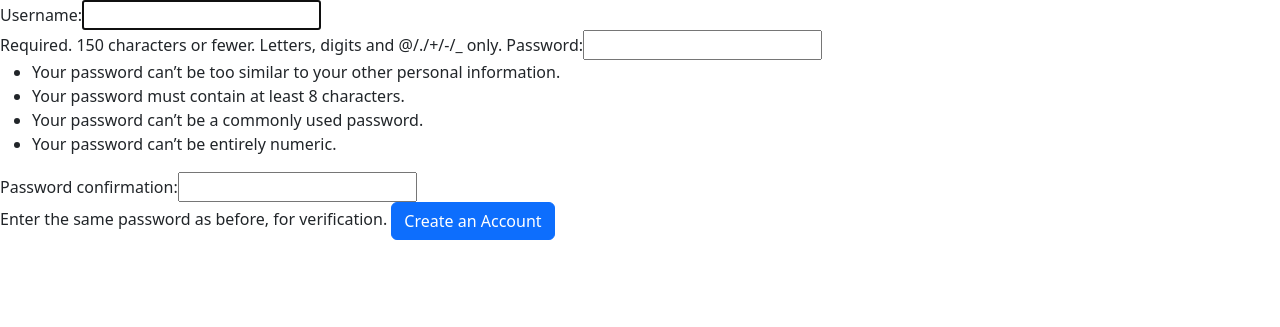
Repository: Ndifoinhilary/django_referrals_system
Page: http://localhost/signup/
These files come from the project's save history. The page is drawn as it stood at one moment and after the next save; the edit follows.
The browser window is 1280 px wide. The pictures show the whole page.
The page is served by the project's application, run on Django 3.2 (manage.py).

Above is the page before, as saved 2024-01-09 23:39:50.

After the next save:
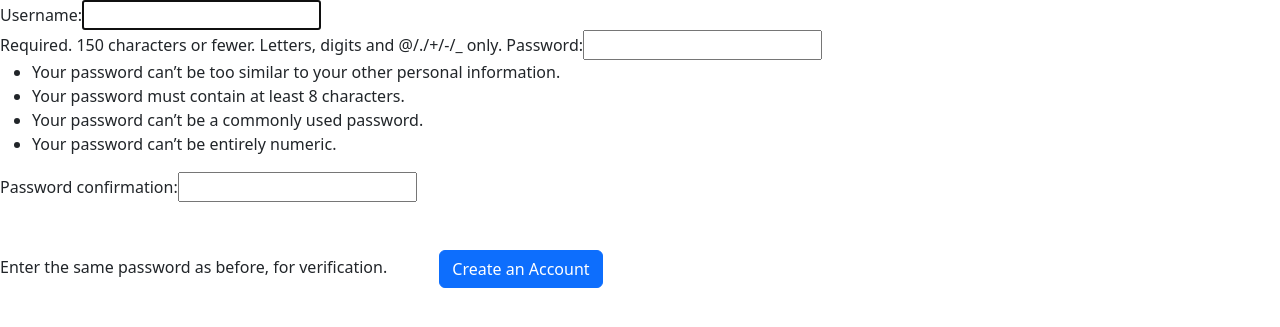
Saved 4 min 32 s later.
--- a/referrals/templates/signup.html
+++ b/referrals/templates/signup.html
@@ -7,7 +7,7 @@
   <form action="" method="post">
     {% csrf_token %}
     {{form}}
-    <button class="btn btn-primary"> Create an Account</button>
+    <button class="btn btn-primary m-5"> Create an Account</button>
 
   </form>
 {% endblock content %}

After the save that followed:
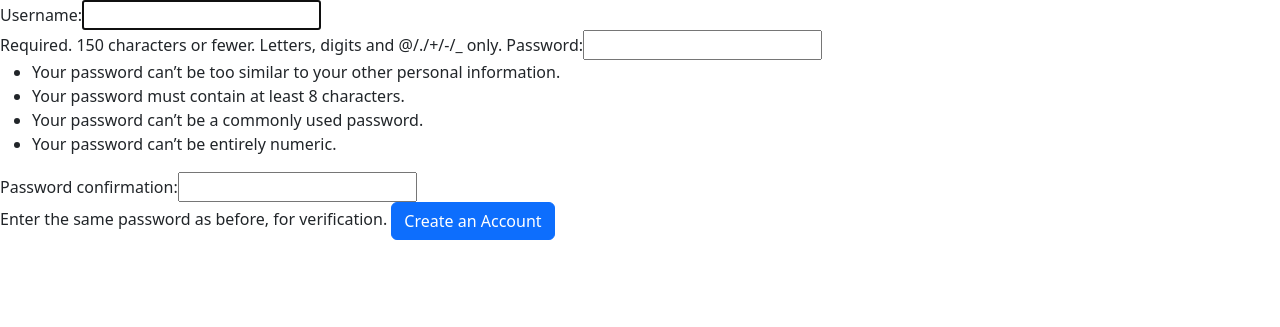
Saved 23 s later.
--- a/referrals/templates/signup.html
+++ b/referrals/templates/signup.html
@@ -7,7 +7,7 @@
   <form action="" method="post">
     {% csrf_token %}
     {{form}}
-    <button class="btn btn-primary m-5"> Create an Account</button>
+    <button class="btn btn-primary m2"> Create an Account</button>
 
   </form>
 {% endblock content %}
